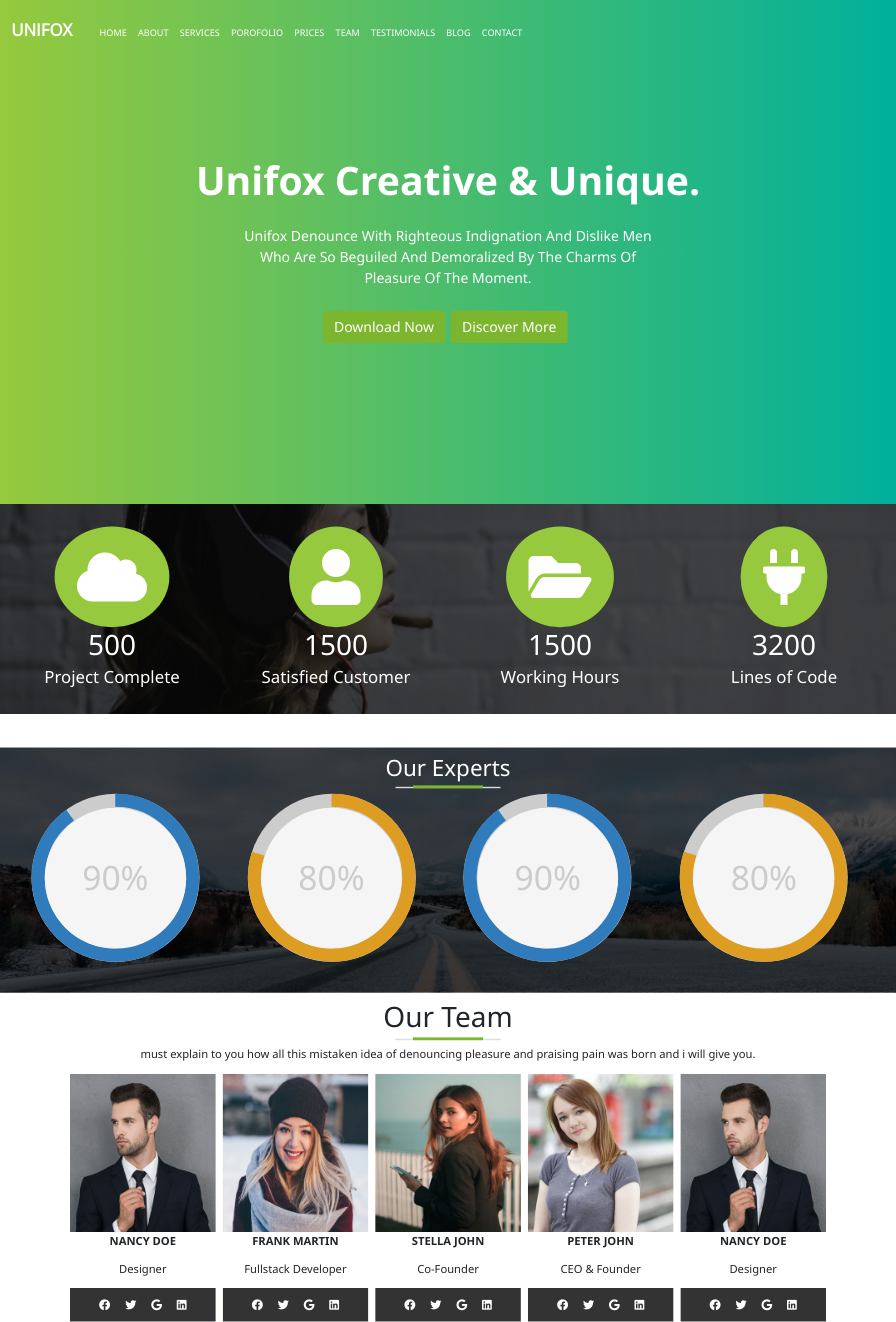
Repository: ibrkhalil/Uniforce-First-Attempt
Page: index.html
These files come from the project's save history. The page is drawn as it stood at one moment and after a run of saves; the edit follows.
The browser window is 1280 px wide. The pictures show the whole page, at 70% of full size.
Backgrounds fixed to the window are drawn as part of the page.

Above is the page before, as saved 2021-01-24 02:12:33.

After the next 2 saves:
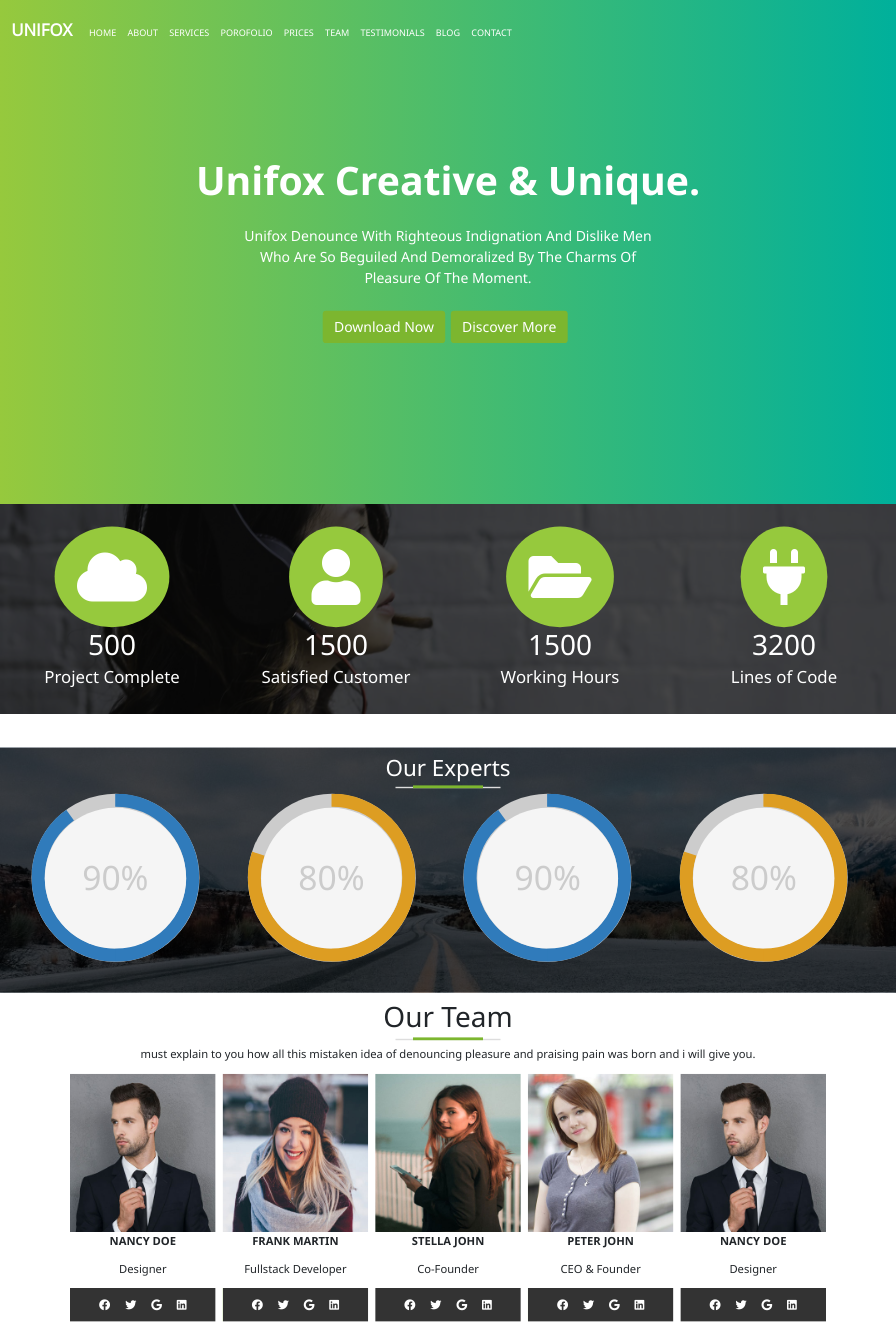
The 2 saves are shown as one change because they came seconds apart.
The last was saved 40 s later.
--- a/index.html
+++ b/index.html
@@ -40,7 +40,7 @@
             >
               <span class="fa fa-bars fa-3x"></span>
             </button>
-        <div class="container-fluid">
+
           <div class="nav-items">
 
 
@@ -64,7 +64,7 @@
               </ul>
             </div>
           </div>
-        </div>
+
 
         <!-- </div> -->
       </nav>

After the 6 saves that followed:
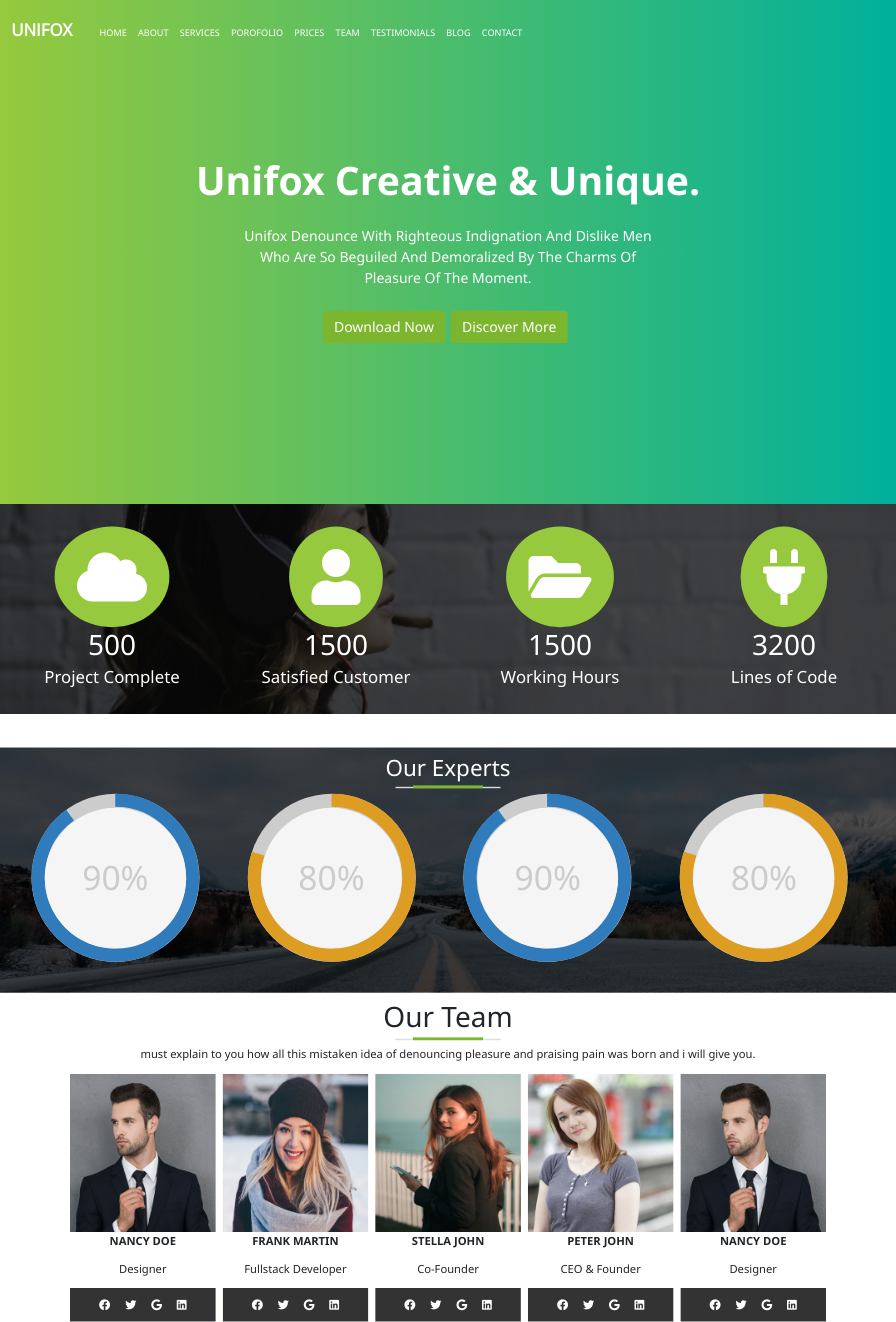
The 6 saves are shown as one change because 4 left the picture as it was and some came seconds apart.
The last was saved 67 s later.
--- a/index.html
+++ b/index.html
@@ -40,7 +40,7 @@
             >
               <span class="fa fa-bars fa-3x"></span>
             </button>
-
+        <div class="container-fluid">
           <div class="nav-items">
 
 
@@ -64,7 +64,7 @@
               </ul>
             </div>
           </div>
-
+        </div>
 
         <!-- </div> -->
       </nav>
--- a/style.css
+++ b/style.css
@@ -10,6 +10,7 @@ body{
     width: 100%;
     justify-content: space-between;
 }
+
 .main-nav h3{
     font-family: 'Open Sans', sans-serif;
     font-weight: bold;
